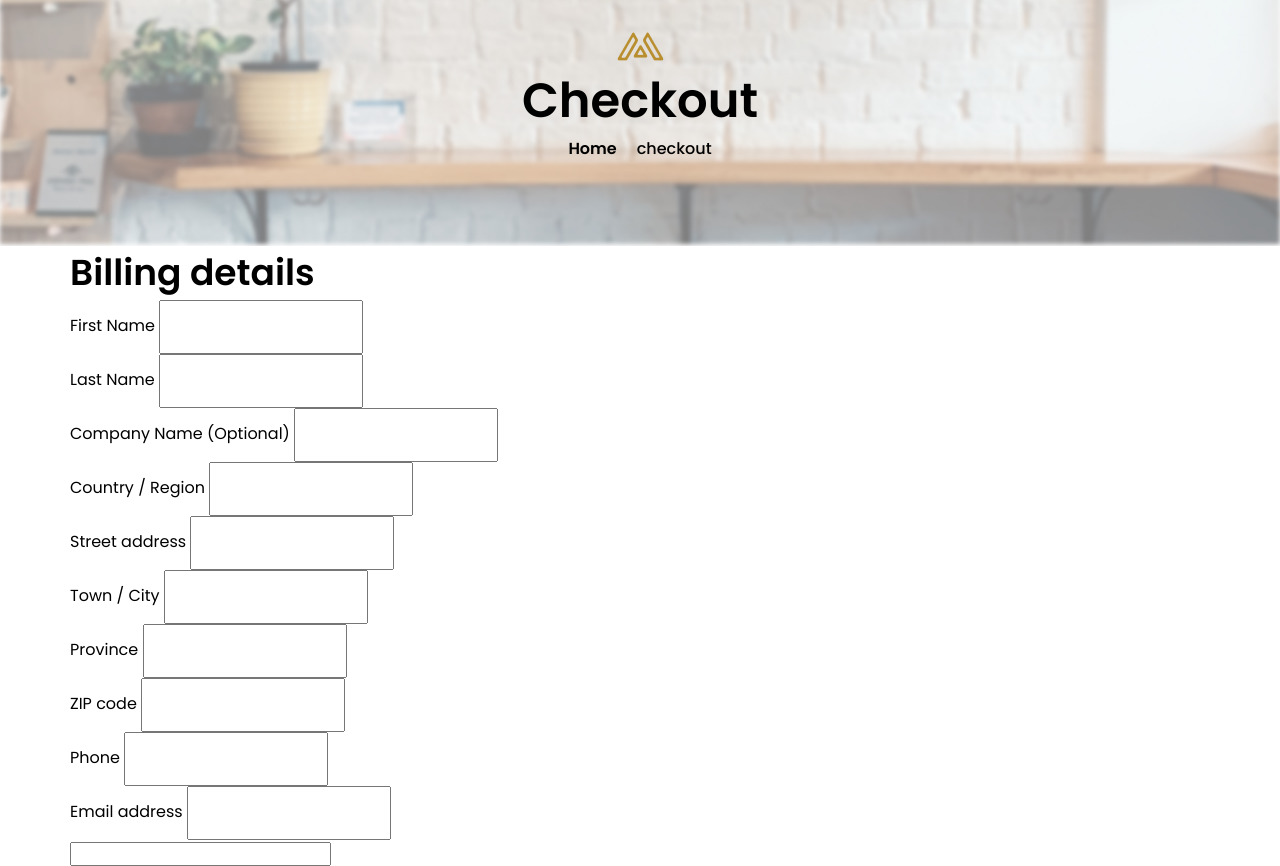
Repository: DT2301/project
Page: checkout.html
These files come from the project's save history. The page is drawn as it stood at one moment and after the next save; the edit follows.
The browser window is 1280 px wide. The pictures show the part of the page from y = 142 to 1008 px (the page is 1008 px tall before and 952 px after).
A picture or video elsewhere on the page could not be fetched, so the positions and the page height are approximate.

Above is the page before, as saved 2024-01-08 09:33:22.

After the next save:
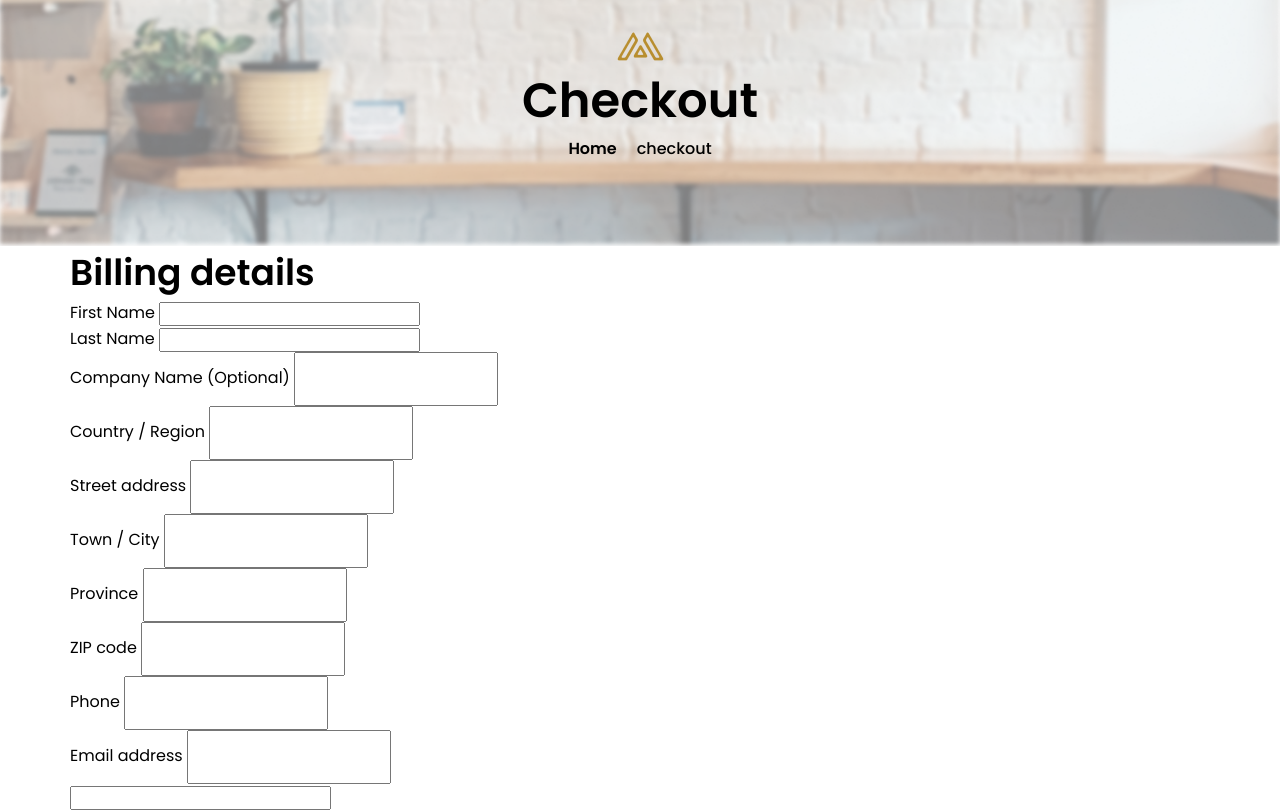
Saved 13 s later.
--- a/checkout.css
+++ b/checkout.css
@@ -116,7 +116,7 @@ ul {
   color: #000000;
 }
 
-.billingdetail .input:not(:last-child) input{
+.billingdetail .input:not(:last-child) > input{
     width: 200px;
     height: 50px;
 }
